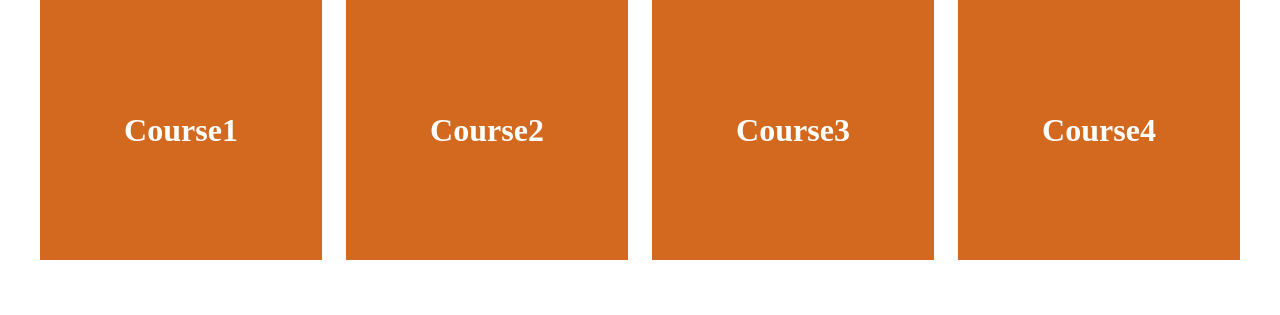
Repository: longtn213/Frond_end_HTML-CSS
Page: Front-End/DemoGrid/index.html
The author's editor kept a copy of each file at every save. The page is drawn from the files as they stood at one save, then again after the next save.
The browser window is 1280 px wide. The pictures show the whole page.

Above is the page before, as saved 2021-09-21 16:08:51.

After the next save:
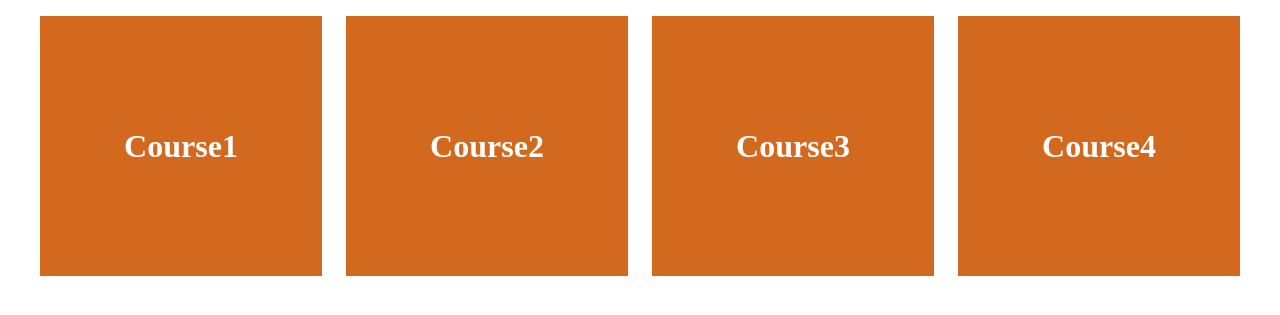
Saved 2 min 1 s later.
--- a/Front-End/DemoGrid/index.html
+++ b/Front-End/DemoGrid/index.html
@@ -27,6 +27,11 @@
         .course-item{
             background-color: chocolate;
             height: 260px;
+        }
+        @media (min-width: 1023px){
+            .course-item{
+                margin-top: 16px;
+            }
         }
     </style>
 </head>
